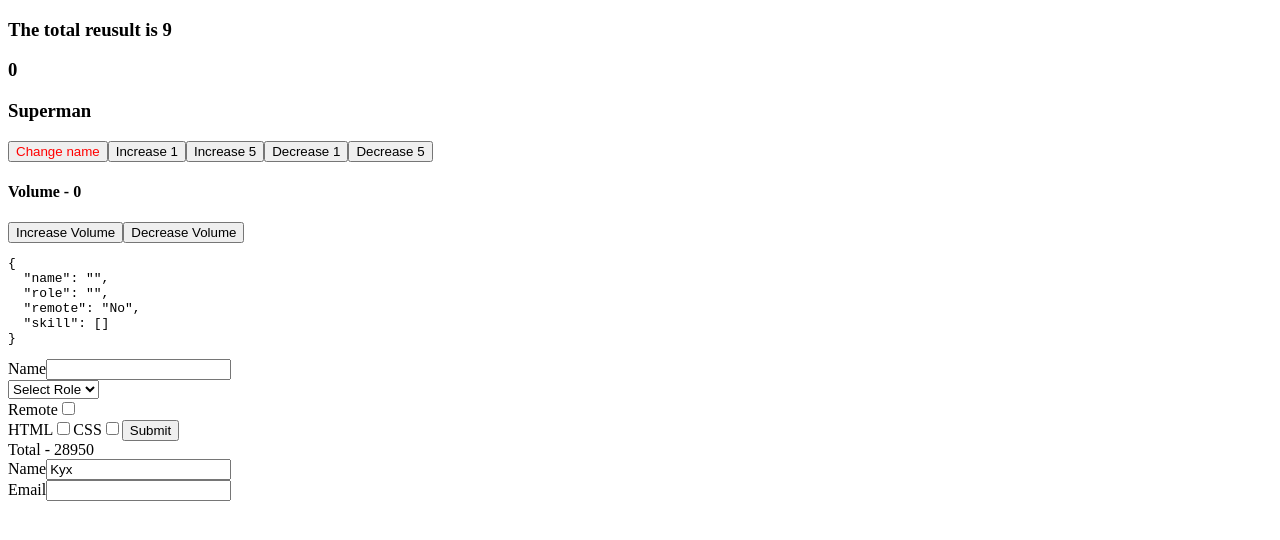
Repository: KZH2001/Vue_Practice
Page: / (app in Tutorial/)
The author's editor kept a copy of each file at every save. The page is drawn from the files as they stood at one save, then again after a run of saves.
The browser window is 1280 px wide. The pictures show the whole page.
The project was rebuilt for these pictures with package versions that can differ from the ones it lists, and the page was loaded fresh each time. Also part of the build but not shown: Tutorial/vite.config.js.

Above is the page before, as saved 2026-01-21 09:30:46.

After the next 4 saves:
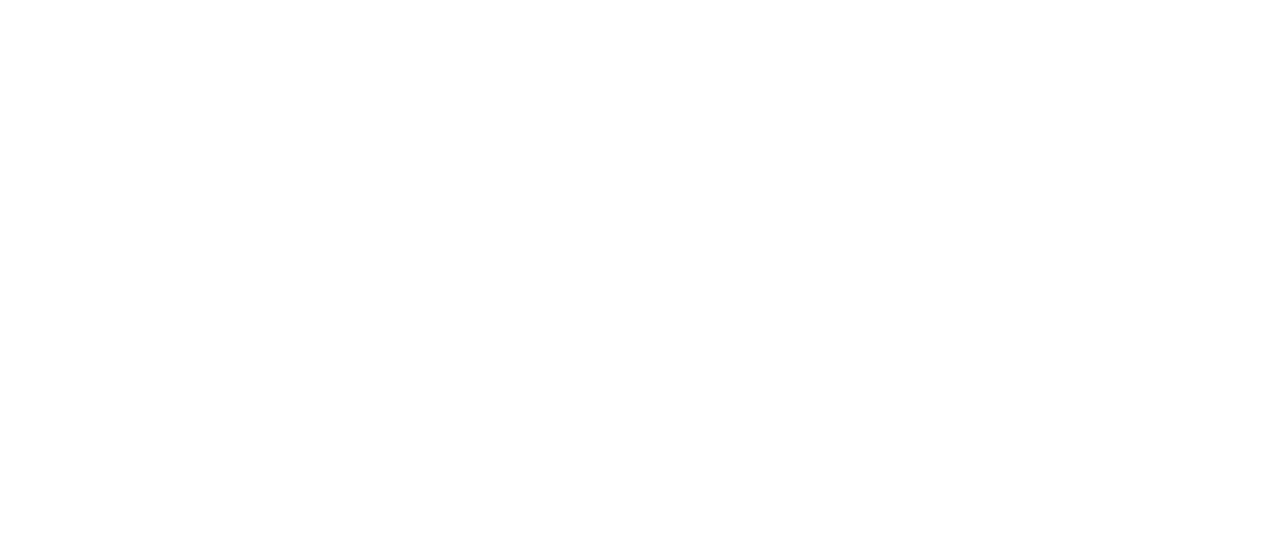
Console error: ReferenceError: handler is not defined
The 4 saves are shown as one change because they came seconds apart.
The last was saved 11 s later.
--- a/Tutorial/src/App.vue
+++ b/Tutorial/src/App.vue
@@ -136,7 +136,9 @@
         }
       },
 
-
+      person: {
+        handler
+      }
     }
 
   }

After the 6 saves that followed:
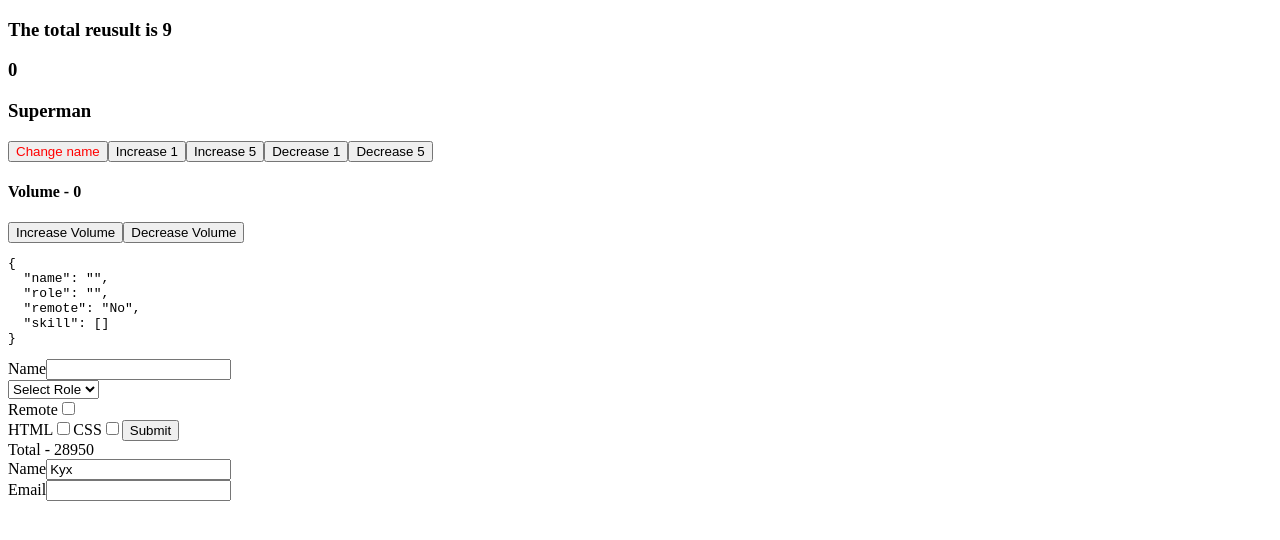
The error is gone.
The 6 saves are shown as one change because 1 did not build or start and some came seconds apart.
The last was saved 18 s later.
--- a/Tutorial/src/App.vue
+++ b/Tutorial/src/App.vue
@@ -137,7 +137,9 @@
       },
 
       person: {
-        handler
+        handler(value){
+          console.log (`Hello`)
+        }
       }
     }
 
